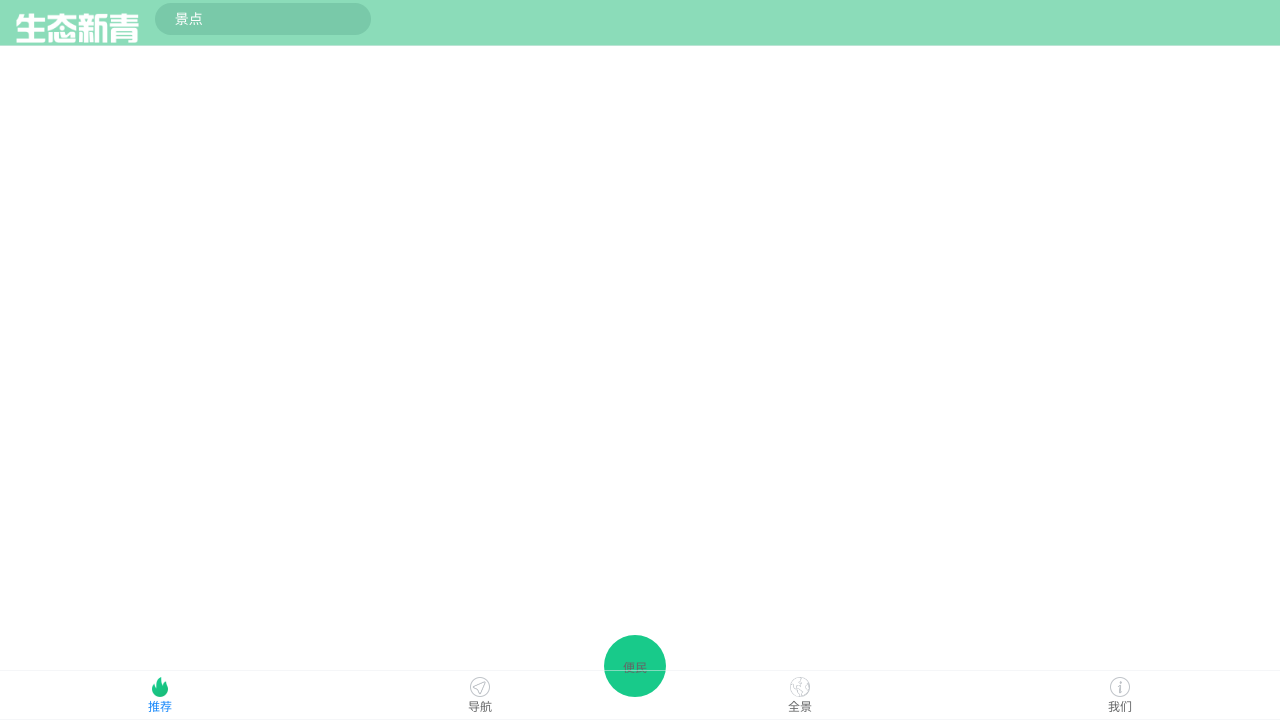
Repository: huye123/stcq
Page: /
The author's editor kept a copy of each file at every save. The page is drawn from the files as they stood at one save, then again after the next save.
The browser window is 1280 px wide. The pictures show the whole page.
The project was rebuilt for these pictures with package versions that can differ from the ones it lists, and the page was loaded fresh each time. Also part of the build but not shown: src/components/search.vue.

Above is the page before, as saved 2019-06-28 16:38:58.

After the next save:
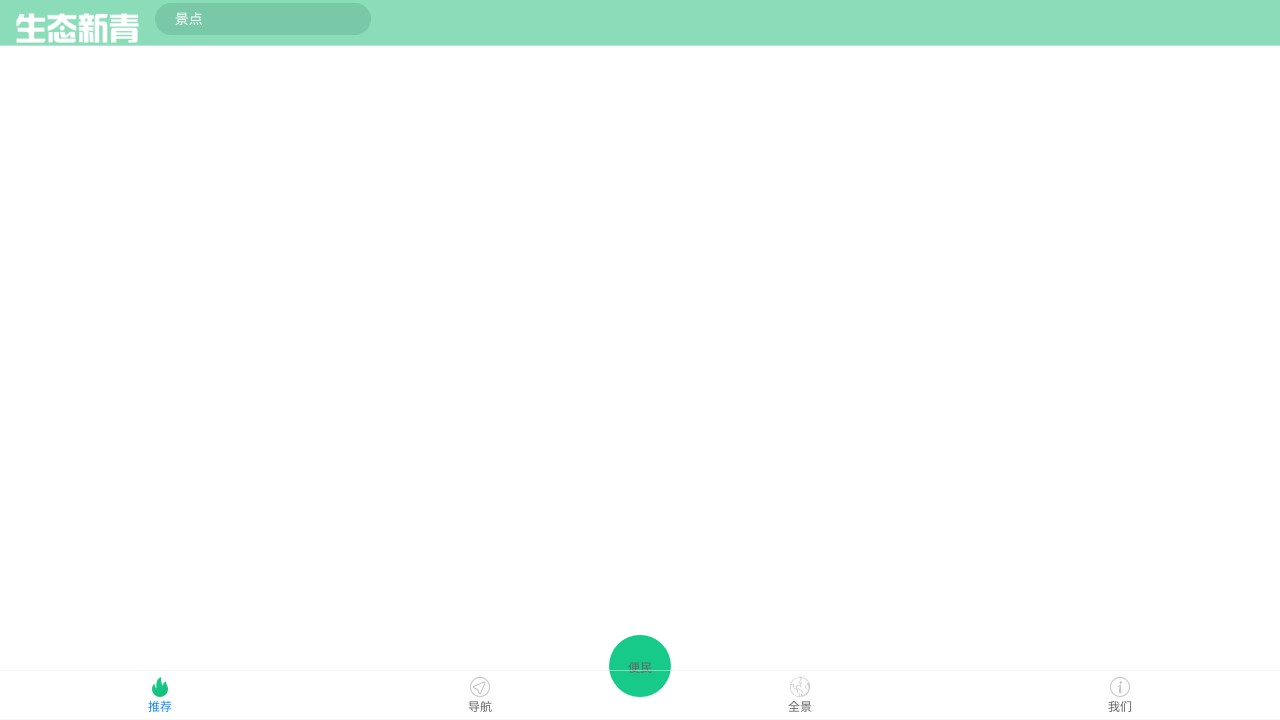
Saved 5 s later.
--- a/src/App.vue
+++ b/src/App.vue
@@ -86,7 +86,7 @@ export default {
     width: 62px;
     position: absolute;
     top:  calc(-50% - 10px);
-    left: calc(50% - 36px);
+    left: calc(50% - 31px);
 
 }
 </style>
